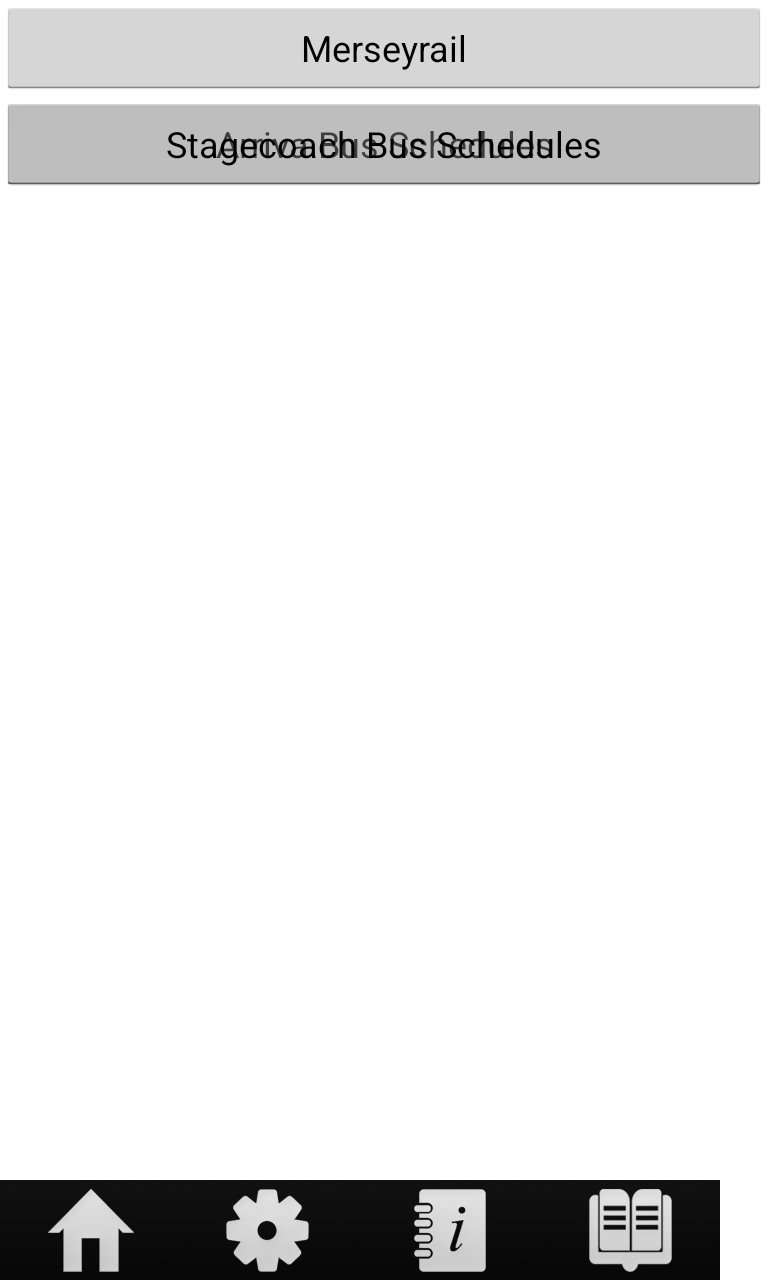
Repository: jo3bolton/PIKJEJ
Layout: PIKJEJ v7/PIKJEJ/res/layout/activity_alt_travel.xml
These files come from the project's save history. The layout is drawn as it stood at one moment and after the next save; the edit follows.
It is drawn on a 768 x 1280 px phone screen (xhdpi) without system bars, with theme AppTheme; the app's code is not run.

Above is the layout before, as saved 2013-03-23 15:09:28.

After the next save:
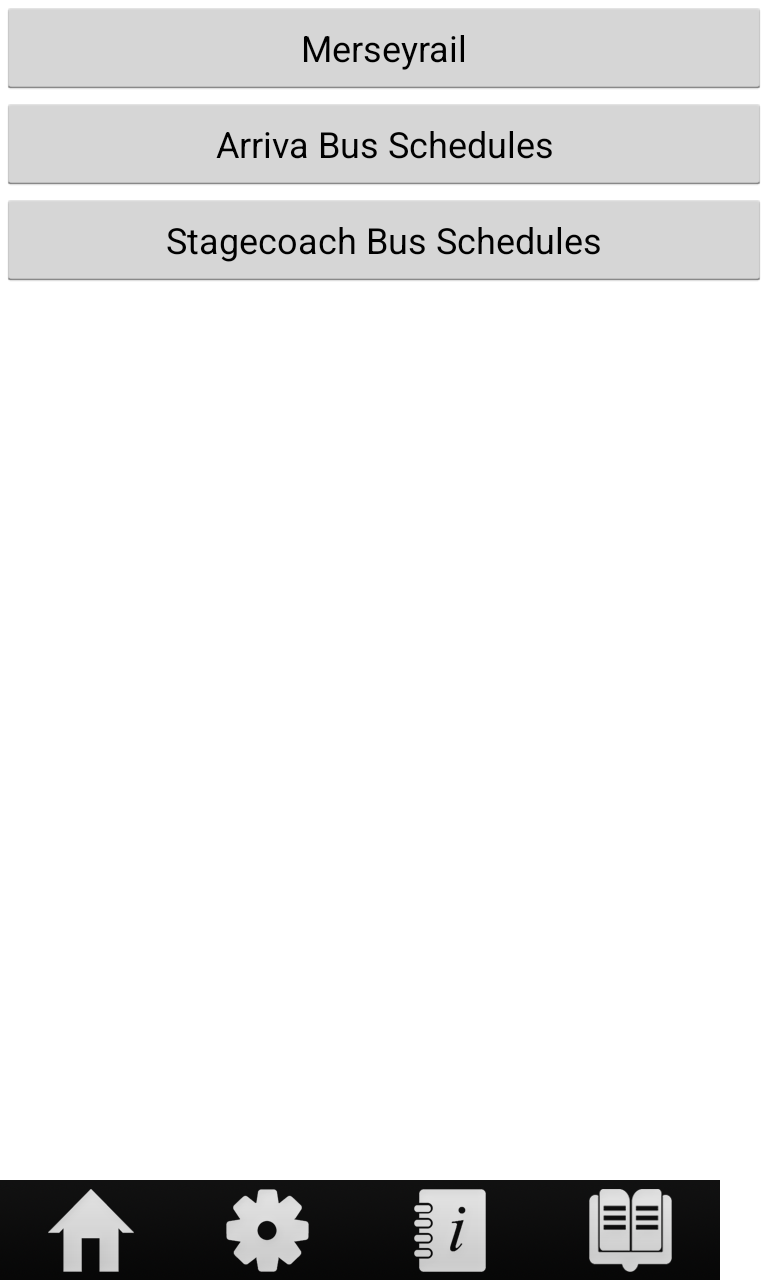
Saved 19 s later.
--- a/PIKJEJ v7/PIKJEJ/res/layout/activity_alt_travel.xml
+++ b/PIKJEJ v7/PIKJEJ/res/layout/activity_alt_travel.xml
@@ -83,8 +83,9 @@
 	    android:layout_height="wrap_content"
 	    android:layout_alignParentLeft="true"
 	    android:layout_alignParentRight="true"
-	    android:layout_below="@+id/MerseyRailButton1"
+	    android:layout_below="@+id/arrivaButton1"
 	    android:contentDescription="@alt_travel_stagecoach"
 	    android:onClick="Stagecoach"
 	    android:text="@string/alt_travel_stagecoach" />
+
 </RelativeLayout>
